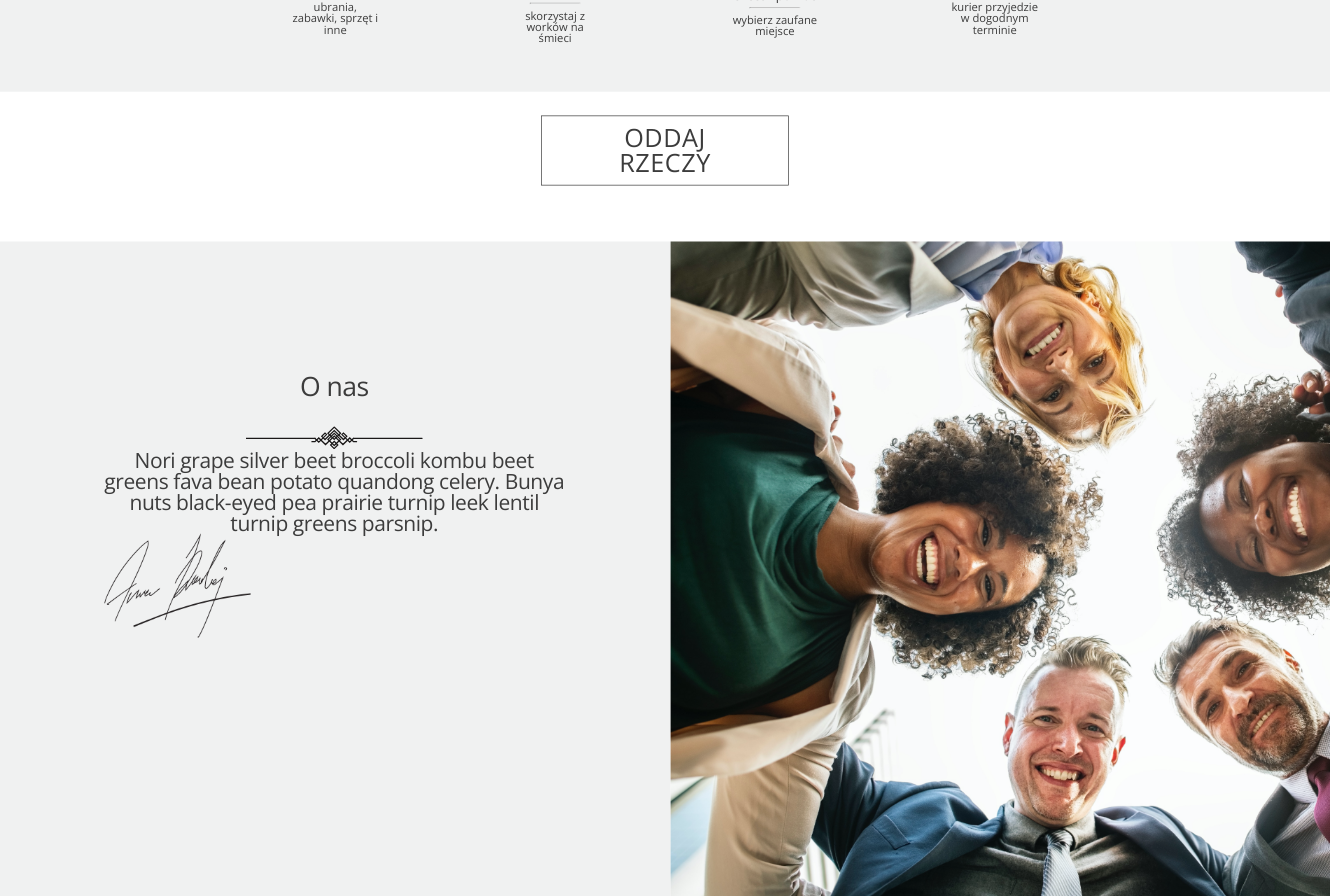
Repository: tomekwoojcik/oddam-w-dobre-rence
Page: /
These files come from the project's save history. The page is drawn as it stood at one moment and after the next save; the edit follows.
The browser window is 1280 px wide. The page is 1900 px wide, so the pictures cover 1900 px, including what lies to the right of the window. The pictures show the part of the page from y = 1720 to 3000 px (the page is 3000 px tall), at 70% of full size.
The project was rebuilt for these pictures with package versions that can differ from the ones it lists, and the page was loaded fresh each time. Also part of the build but not shown: src/pages/logIn/logIn.js, src/pages/register/register.js.

Above is the page before, as saved 2022-12-08 09:35:27.

After the next save:
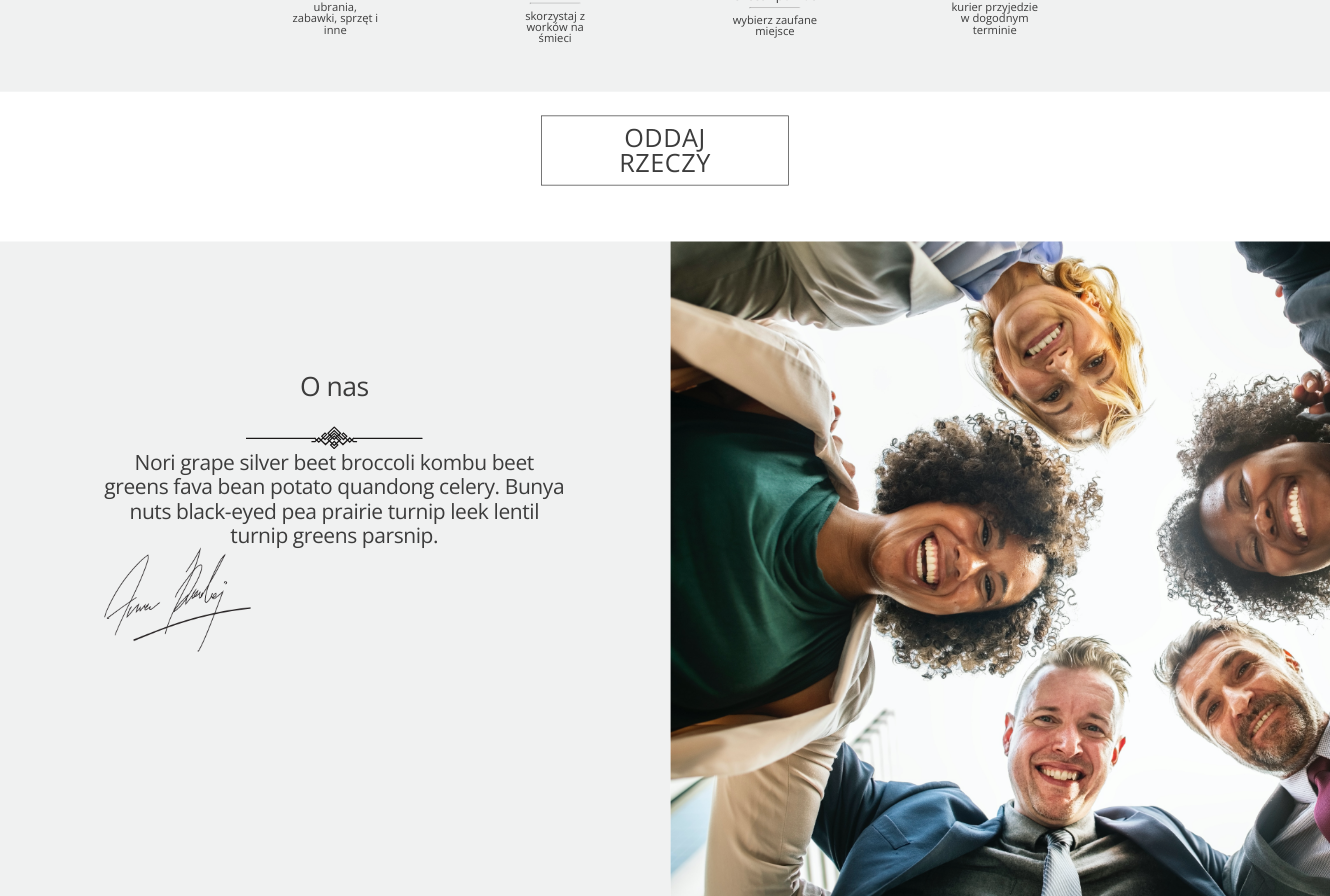
Saved 7 s later.
--- a/src/components/atoms/aboutUsText/_aboutUsText.scss
+++ b/src/components/atoms/aboutUsText/_aboutUsText.scss
@@ -22,7 +22,7 @@
         letter-spacing: -0.6px;
         color: $black-color;
         font-weight: 300;
-        line-height: 30px;
+        line-height: 35px;
     }
 
     .aboutUsSignature {
